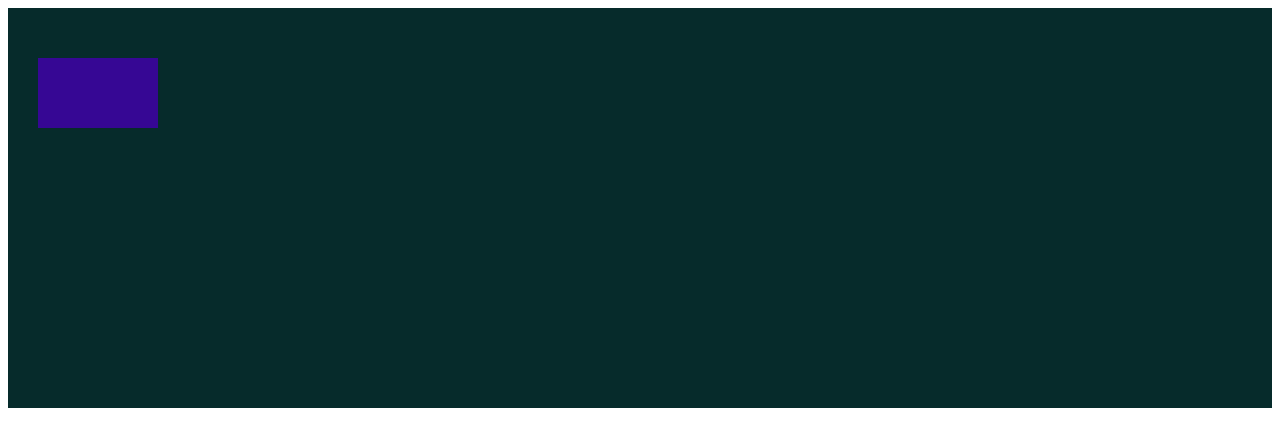
Repository: nmaury/TpsCambodge
Page: InternetProgramming/Css/sample.html
These files come from the project's save history. The page is drawn as it stood at one moment and after the next save; the edit follows.
The browser window is 1280 px wide. The pictures show the whole page.

Above is the page before, as saved 2022-12-06 01:53:24.

After the next save:
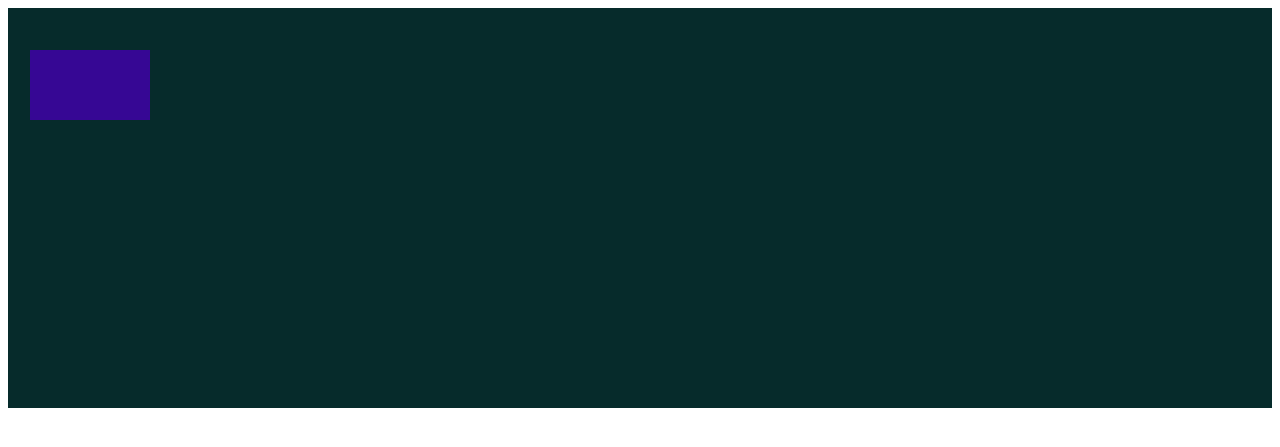
Saved 13 s later.
--- a/InternetProgramming/Css/sample.css
+++ b/InternetProgramming/Css/sample.css
@@ -24,6 +24,4 @@
     background-color: rgb(6,43,43);
     width: 100%;
     height: 400px;
-    position: relative;
-    z-index: 1;
 }
